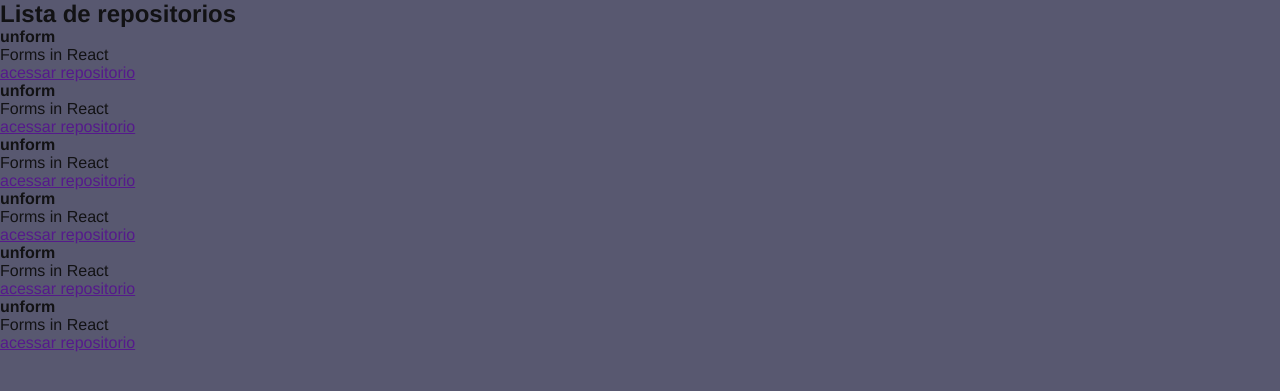
Repository: niltonmalves/01-githug-explorer
Page: /
These files come from the project's save history. The page is drawn as it stood at one moment and after the next save; the edit follows.
The browser window is 1280 px wide. The pictures show the whole page.
The project was rebuilt for these pictures with package versions that can differ from the ones it lists, and the page was loaded fresh each time. Also part of the build but not shown: webpack.config.js.

Above is the page before, as saved 2022-01-06 14:42:44.

### public/index.html
<!DOCTYPE html>
<html lang="en">
<head>
    <meta charset="UTF-8">
    <meta http-equiv="X-UA-Compatible" content="IE=edge">
    <meta name="viewport" content="width=device-width, initial-scale=1.0">
    <title>Github Explore</title>
</head>
<body>
    <div id="root"></div>

</body>
</html>

### src/index.jsx
import {render} from 'react-dom';
import { App } from './App';

render(<App/>, document.getElementById('root'))

### src/App.jsx
import { RepositoryList } from './components/RepositoryList';
import './styles/global.scss';

export function App(){
    return <RepositoryList></RepositoryList>
}

### src/components/RepositoryList.jsx
import { RepositoryItem } from "./RepositoryItem";

const repositoryName = 'unform2';

export function RepositoryList() {
    return (
        <section className="repository-list">
      <h1>Lista de repositorios</h1>
      <ul>

        <RepositoryItem />
        <RepositoryItem />
        <RepositoryItem />
        <RepositoryItem />
          <li>
              <strong>unform</strong>
              <p>Forms in React</p>
              <a href="">
                  acessar repositorio
              </a>
          </li>
          <li>
              <strong>unform</strong>
              <p>Forms in React</p>
              <a href="">
                  acessar repositorio
              </a>
          </li>
      </ul>
        </section>
    );
}

### src/styles/global.scss
* {
    margin: 0;
    padding: 0;
    box-sizing: border-box;
}

body {
    font: 16px "Helvetica Neue", Arial, sans-serif;
    color: #121214;
    background-color: rgb(88, 88, 112);

}

### src/components/RepositoryItem.jsx
export function RepositoryItem(){
    return(
        <li>
        <strong>unform</strong>
        <p>Forms in React</p>
        <a href="">
            acessar repositorio
        </a>
    </li>
    )
}

After the next save:
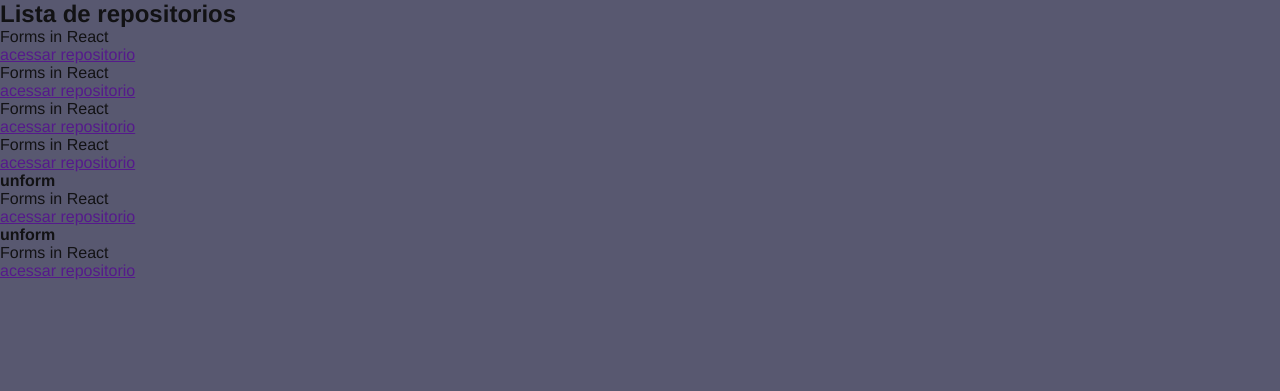
Saved 3 min 8 s later.
--- a/src/components/RepositoryItem.jsx
+++ b/src/components/RepositoryItem.jsx
@@ -1,7 +1,7 @@
-export function RepositoryItem(){
+export function RepositoryItem(props){
     return(
         <li>
-        <strong>unform</strong>
+        <strong>{props.respository}</strong>
         <p>Forms in React</p>
         <a href="">
             acessar repositorio
